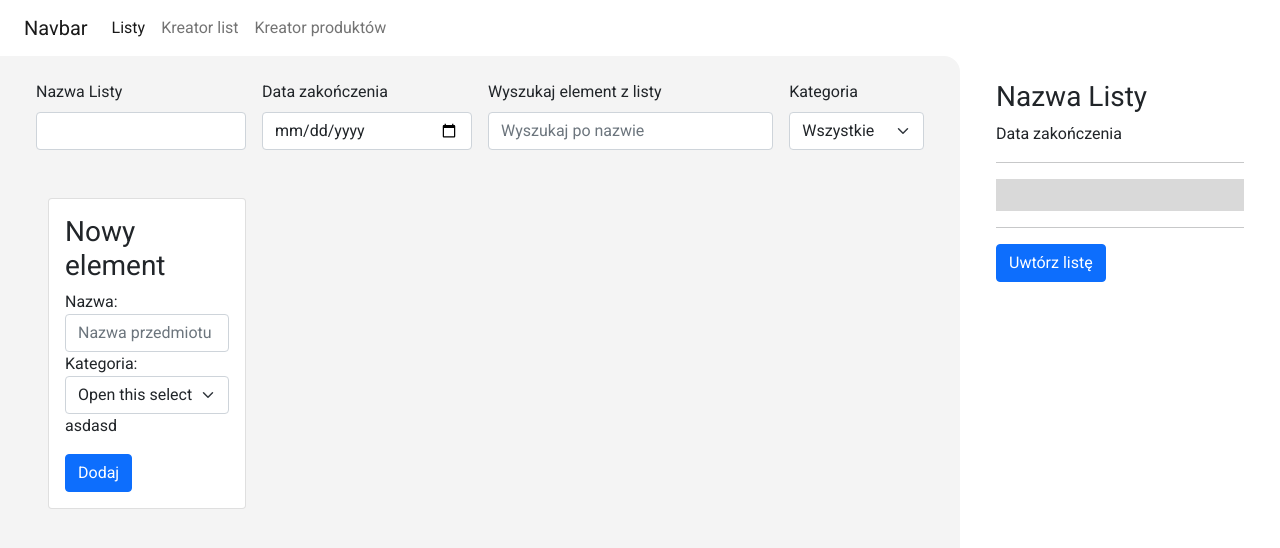
Repository: alphatra/Task-menager
Page: http://localhost/php/src/views/createList.php
An editor plug-in stored every save of this project. The page is shown before and after the next save, followed by the edit.
The browser window is 1280 px wide. The pictures show the whole page.
The page is run by PHP 8.4 with error messages shown; the project is at /var/www/html/. Queries for data that is not in the repository find no rows.

Above is the page before, as saved 2023-02-11 17:04:28.

After the next save:
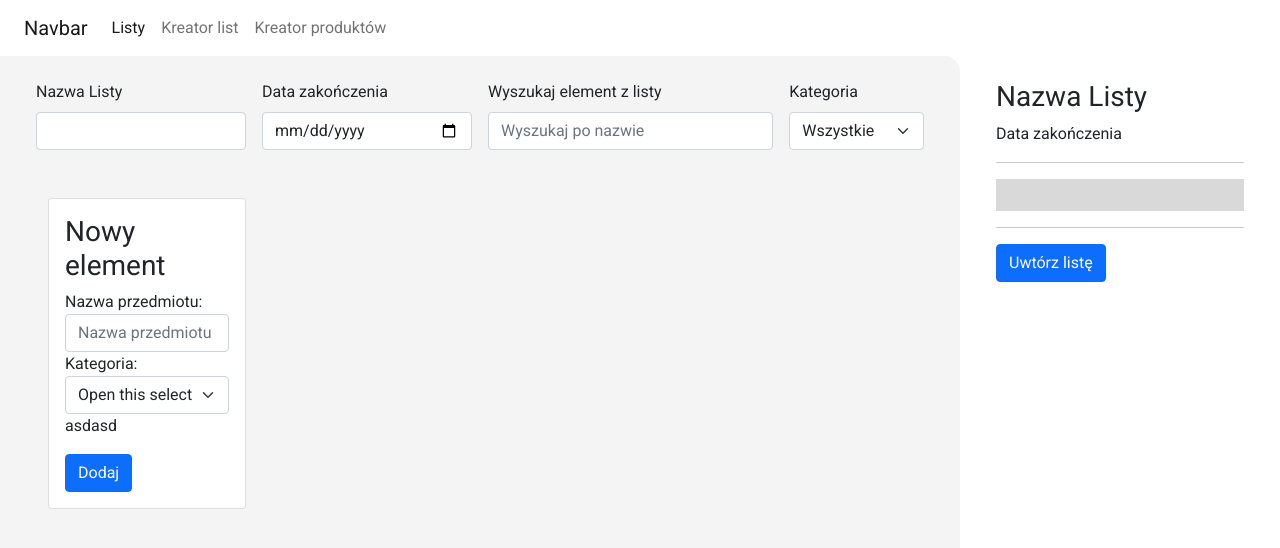
Saved 12 s later.
--- a/php/src/views/createList.php
+++ b/php/src/views/createList.php
@@ -41,7 +41,7 @@
                         <div class="card">
                             <div class="card-body">
                                 <h3 class="card-title">Nowy element</h3>
-                                Nazwa:
+                                Nazwa przedmiotu:
                                 <input type="text" class="form-control" id="priv_item" placeholder="Nazwa przedmiotu">
                                 Kategoria: <select id="inputState" class="form-select">
                                     <option selected>Open this select menu</option>
